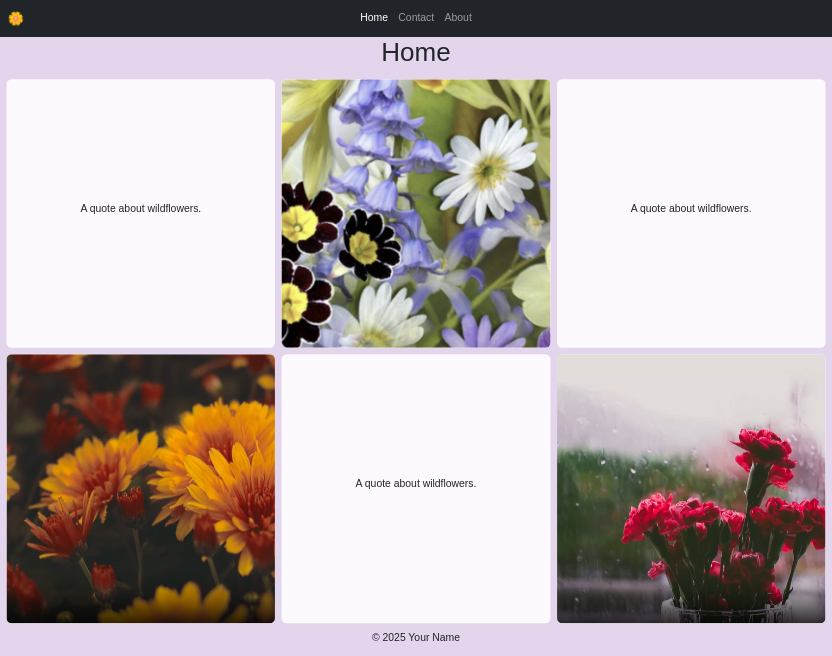
Repository: Brittany-Westlund/WebDesign
Page: FinalProject/index.html
An editor plug-in stored every save of this project. The page is shown before and after the next save, followed by the edit.
The browser window is 1280 px wide. The pictures show the whole page, at 65% of full size.
Some web fonts or font styles are not loaded; a fallback is used.

Above is the page before, as saved 2025-06-16 19:12:36.

After the next save:
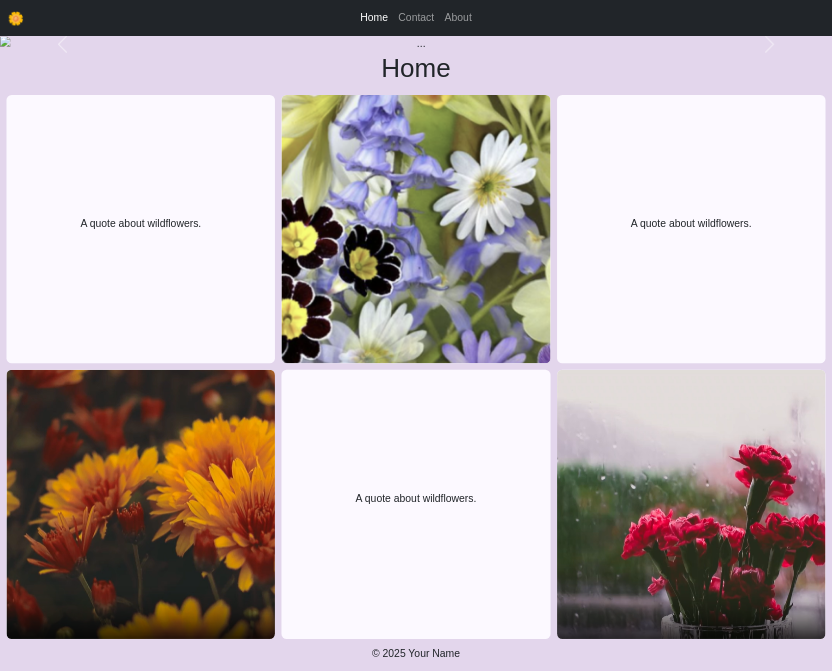
Not found: FinalProject/...
Saved 31 min 42 s later.
--- a/FinalProject/index.html
+++ b/FinalProject/index.html
@@ -42,6 +42,32 @@
 </nav>
 
     <header>
+      <div id="carouselExampleIndicators" class="carousel slide">
+        <div class="carousel-indicators">
+          <button type="button" data-bs-target="#carouselExampleIndicators" data-bs-slide-to="0" class="active" aria-current="true" aria-label="Slide 1"></button>
+          <button type="button" data-bs-target="#carouselExampleIndicators" data-bs-slide-to="1" aria-label="Slide 2"></button>
+          <button type="button" data-bs-target="#carouselExampleIndicators" data-bs-slide-to="2" aria-label="Slide 3"></button>
+        </div>
+        <div class="carousel-inner">
+          <div class="carousel-item active">
+            <img src="..." class="d-block w-100" alt="...">
+          </div>
+          <div class="carousel-item">
+            <img src="..." class="d-block w-100" alt="...">
+          </div>
+          <div class="carousel-item">
+            <img src="..." class="d-block w-100" alt="...">
+          </div>
+        </div>
+        <button class="carousel-control-prev" type="button" data-bs-target="#carouselExampleIndicators" data-bs-slide="prev">
+          <span class="carousel-control-prev-icon" aria-hidden="true"></span>
+          <span class="visually-hidden">Previous</span>
+        </button>
+        <button class="carousel-control-next" type="button" data-bs-target="#carouselExampleIndicators" data-bs-slide="next">
+          <span class="carousel-control-next-icon" aria-hidden="true"></span>
+          <span class="visually-hidden">Next</span>
+        </button>
+      </div>
       <h1>Home</h1>
     </header>
     <main>

After the save that followed:
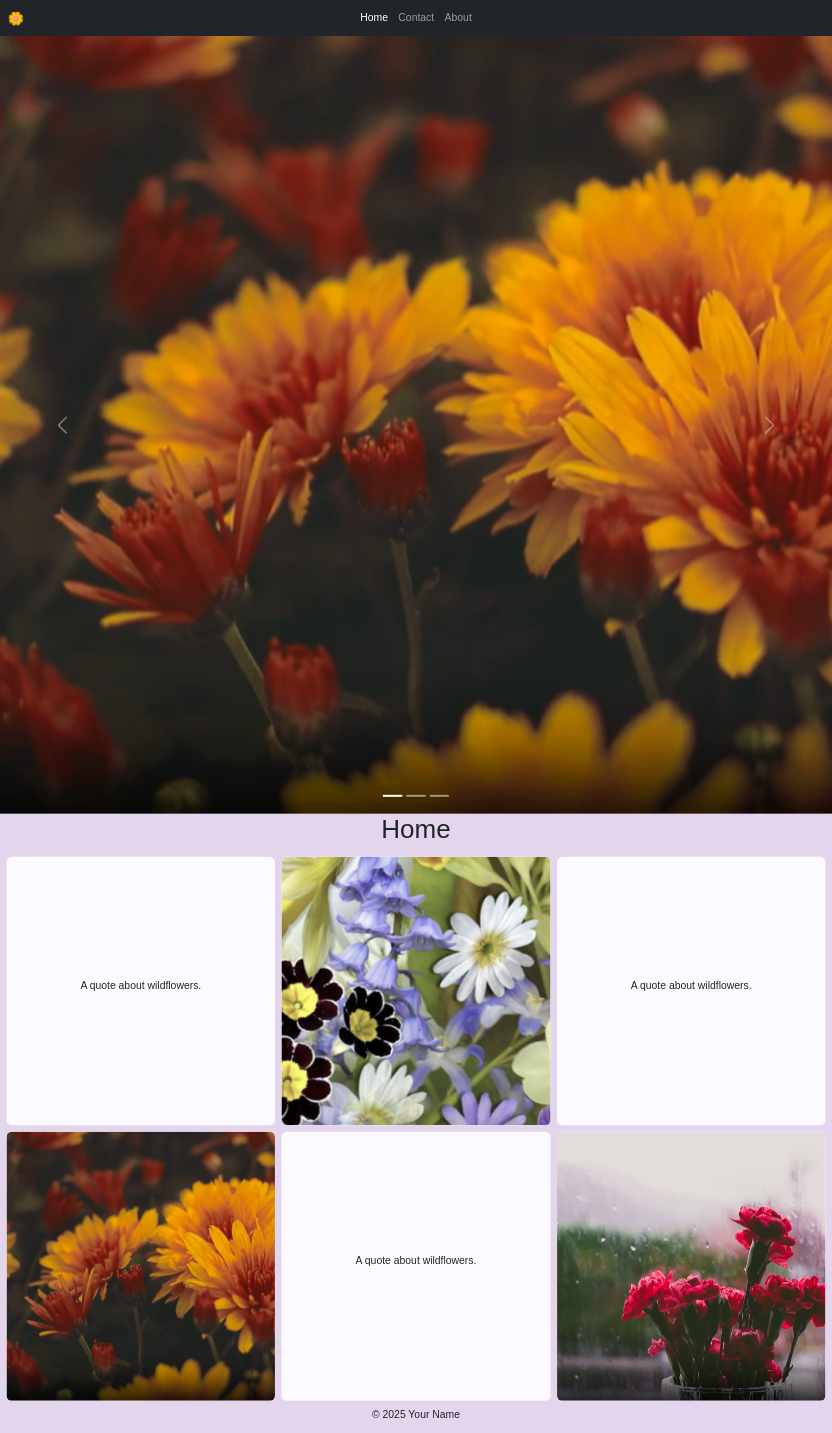
Saved 116 s later.
--- a/FinalProject/index.html
+++ b/FinalProject/index.html
@@ -50,13 +50,13 @@
         </div>
         <div class="carousel-inner">
           <div class="carousel-item active">
-            <img src="..." class="d-block w-100" alt="...">
+            <img src="images/orange-flowers.png" class="d-block w-100" alt="Orange wildflowers">
           </div>
           <div class="carousel-item">
-            <img src="..." class="d-block w-100" alt="...">
+            <img src="images/red-flowers.png" class="d-block w-100" alt="A red flower in the rain.">
           </div>
           <div class="carousel-item">
-            <img src="..." class="d-block w-100" alt="...">
+            <img src="images/wildflowers-square.png" class="d-block w-100" alt="A closeup of wildflowers.">
           </div>
         </div>
         <button class="carousel-control-prev" type="button" data-bs-target="#carouselExampleIndicators" data-bs-slide="prev">
